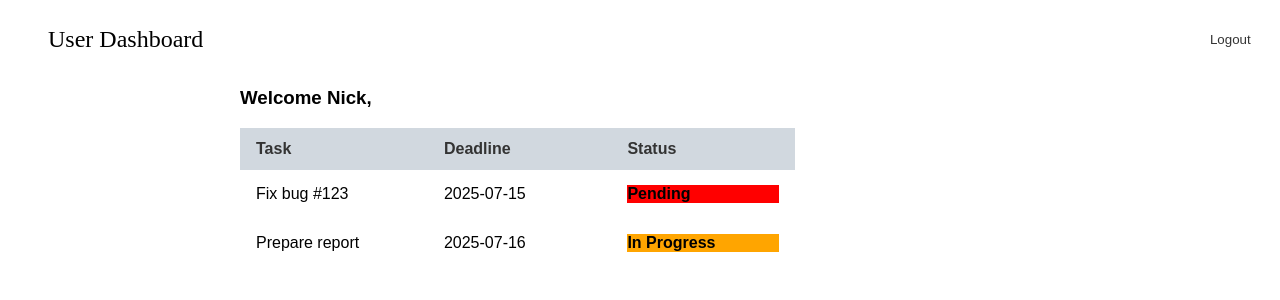
Repository: Edmund-Kiama/todoPHP
Page: /user (app in task-manager-frontend/)
These files come from the project's save history. The page is drawn as it stood at one moment and after the next save; the edit follows.
The browser window is 1280 px wide. The pictures show the whole page.
The project was rebuilt for these pictures with package versions that can differ from the ones it lists, and the page was loaded fresh each time. Also part of the build but not shown: task-manager-frontend/vite.config.js, task-manager-frontend/src/components/Login/login.css, task-manager-frontend/src/components/Login/Login.vue, task-manager-frontend/src/components/Admin/admin.css, task-manager-frontend/src/components/Admin/AdminDashboard.vue.

Above is the page before, as saved 2025-07-12 22:09:43.

### task-manager-frontend/src/App.vue
<script setup>
  import Navbar from './components/Navbar/Navbar.vue';
  import { store } from './store';
</script>

<template>
  <Navbar />
  <router-view />
</template>

### task-manager-frontend/src/router/index.js
import { createRouter, createWebHistory } from 'vue-router';
import Login from '../components/Login/Login.vue';
import AdminDashboard from '../components/Admin/AdminDashboard.vue';
import UserDashboard from '../components/User/UserDashboard.vue';

const routes = [
  { path: '/', name: 'Login', component: Login },
  { path: '/admin', name: 'AdminDashboard', component: AdminDashboard },
  { path: '/user', name: 'UserDashboard', component: UserDashboard }
];

const router = createRouter({
  history: createWebHistory(),
  routes
});

export default router;

### task-manager-frontend/src/components/Navbar/Navbar.vue

<template>
  <nav v-if="store.user.loggedIn" class="navbar">
    <ul>
      <li v-if="user.role === 'admin'">Admin Dashboard</li>
      <li v-if="user.role === 'user'">User Dashboard</li>
      <li><button @click="logout">Logout</button></li>
    </ul>
  </nav>
</template>

<script setup>
  import "./nav.css"
  import { store } from '../../store'
  import { useRouter } from 'vue-router'

  const router = useRouter()

  const user = store.user
  if (!user.loggedIn) router.push('/')

  function logout() {
    store.user.role = null
    store.user.loggedIn = false
    localStorage.removeItem('token')
    router.push('/')
  }
</script>

### task-manager-frontend/src/store.js
import { reactive } from 'vue'

export const store = reactive({
  user: {
    role: "user",
    loggedIn: true,
    username: "Nick"
  },
})

### task-manager-frontend/src/components/User/UserDashboard.vue
<script setup>
  import './user.css'
  import { ref, computed } from 'vue';
  import { store } from '../../store';

  // Mocked logged-in user
  const currentUser = 'user@example.com';
  const user = store.user

  // Mocked task list — in a real app, fetch from backend
  const allTasks = ref([
    { title: 'Fix bug #123', user: 'user@example.com', deadline: '2025-07-15', status: 'Pending' },
    { title: 'Prepare report', user: 'user@example.com', deadline: '2025-07-16', status: 'In Progress' },
    { title: 'Update Docs', user: 'bob@example.com', deadline: '2025-07-17', status: 'Pending' }
  ]);

  const userTasks = computed(() =>
    allTasks.value.filter(task => task.user === currentUser)
  );

  function nextStatus(status) {
    if (status === 'Pending') return 'In Progress';
    if (status === 'In Progress') return 'Completed';
    return '';
  }

  function advanceStatus(index) {
    const task = userTasks.value[index];
    if (task.status === 'Pending') {
      task.status = 'In Progress';
    } else if (task.status === 'In Progress') {
      task.status = 'Completed';
    }
  }
  function statusClass(status) {
    return {
      'status-completed': status === 'Completed',
      'status-inprogress': status === 'In Progress',
      'status-pending': status === 'Pending',
    }
  }
</script>
<template>
    <div class="user-dashboard">
      <section>
        <h3>Welcome {{ user.username }},</h3>
        <table v-if="userTasks.length">
          <thead>
            <tr>
              <th>Task</th><th>Deadline</th><th>Status</th>
            </tr>
          </thead>
          <tbody>
            <tr v-for="(task, index) in userTasks" :key="index">
              <td>{{ task.title }}</td>
              <td>{{ task.deadline }}</td>
              <td ><div :class="statusClass(task.status)">{{ task.status }}</div></td>
              <td>
                <button
                  v-if="task.status !== 'Completed'"
                  @click="advanceStatus(index)"
                >
                  Mark as {{ nextStatus(task.status) }}
                </button>
              </td>
            </tr>
          </tbody>
        </table>

        <p v-else>No tasks assigned to you.</p>
      </section>
    </div>
</template>

### task-manager-frontend/src/components/Navbar/nav.css
.navbar {
    background: white;
}
.navbar ul {
    display: flex;
    justify-content: space-between;
    align-items: center;
    gap: 1rem;
    list-style: none;
    font-size: 1.5em;
}
.navbar ul li {
    display: flex;
    align-items: center;
}
.navbar button {
    text-decoration: none;
    background: none;
    border: none;
    padding: 0.5rem;
    border-radius: 5px;
    color: #333;
    transition: all;
    transition-duration: 300ms;
    cursor: pointer;
    margin-right: 1em;
}
.navbar button:hover {
    background-color:  #3498db;
    color: white;
}

### task-manager-frontend/src/components/User/user.css
.user-dashboard {
    max-width: 800px;
    margin: 2rem auto;
    font-family: Arial, sans-serif;
}

.user-dashboard table {
    width: 100%;
    border-collapse: collapse;
    margin-top: 1rem;
    font-family: sans-serif;
    border: none; /* remove outer border */
}
.user-dashboard th,
.user-dashboard td {
    padding: 0.75rem 1rem;
    text-align: left;
    border: none; /* remove inner lines */
    vertical-align: middle;
    min-width: 100px;
}

.user-dashboard th {
    background-color: #d1d8df;
    font-weight: bold;
    color: #333;
}

.user-dashboard td button {
    visibility: hidden;
    background-color: #4DA2F7;
    color: white;
    border: none;
    padding: 5px 10px;
    margin-right: 5px;
    border-radius: 4px;
    cursor: pointer;
    transition: background-color 0.2s ease;
}

.user-dashboard button:hover {
    background-color: #1c74d9;
}

.user-dashboard tr:hover td button {
    visibility: visible;
}

.user-dashboard tr:hover {
    background-color: #f0f8ff;
}
.user-dashboard .status-completed {
    background-color: green;
    color: white;
    padding: 0.2em;
    font-weight: bold;
}

.user-dashboard .status-inprogress {
    background-color: orange;
    font-weight: bold;
}

.user-dashboard .status-pending {
    background-color: red;
    font-weight: bold;
}

Loaded but not shown: task-manager-frontend/index.html (common file); task-manager-frontend/src/main.js (common file)

After the next save:
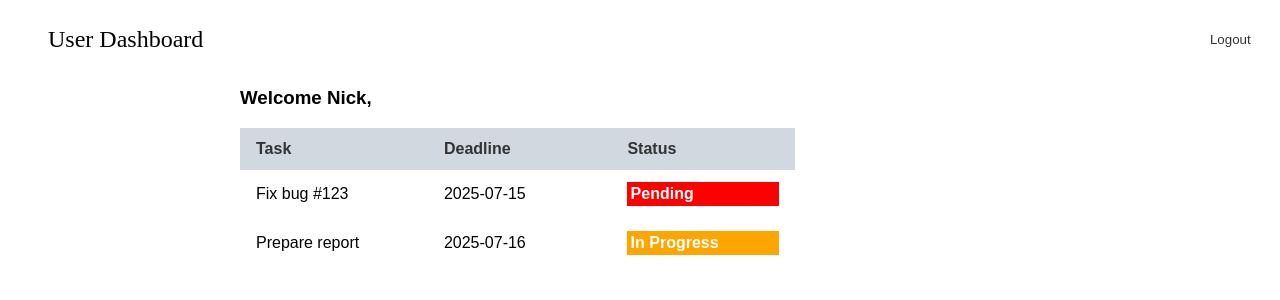
Saved 7 s later.
--- a/task-manager-frontend/src/components/User/user.css
+++ b/task-manager-frontend/src/components/User/user.css
@@ -58,10 +58,14 @@
 
 .user-dashboard .status-inprogress {
     background-color: orange;
+    color: white;
+    padding: 0.2em;
     font-weight: bold;
 }
 
 .user-dashboard .status-pending {
     background-color: red;
+    color: white;
+    padding: 0.2em;
     font-weight: bold;
 }
